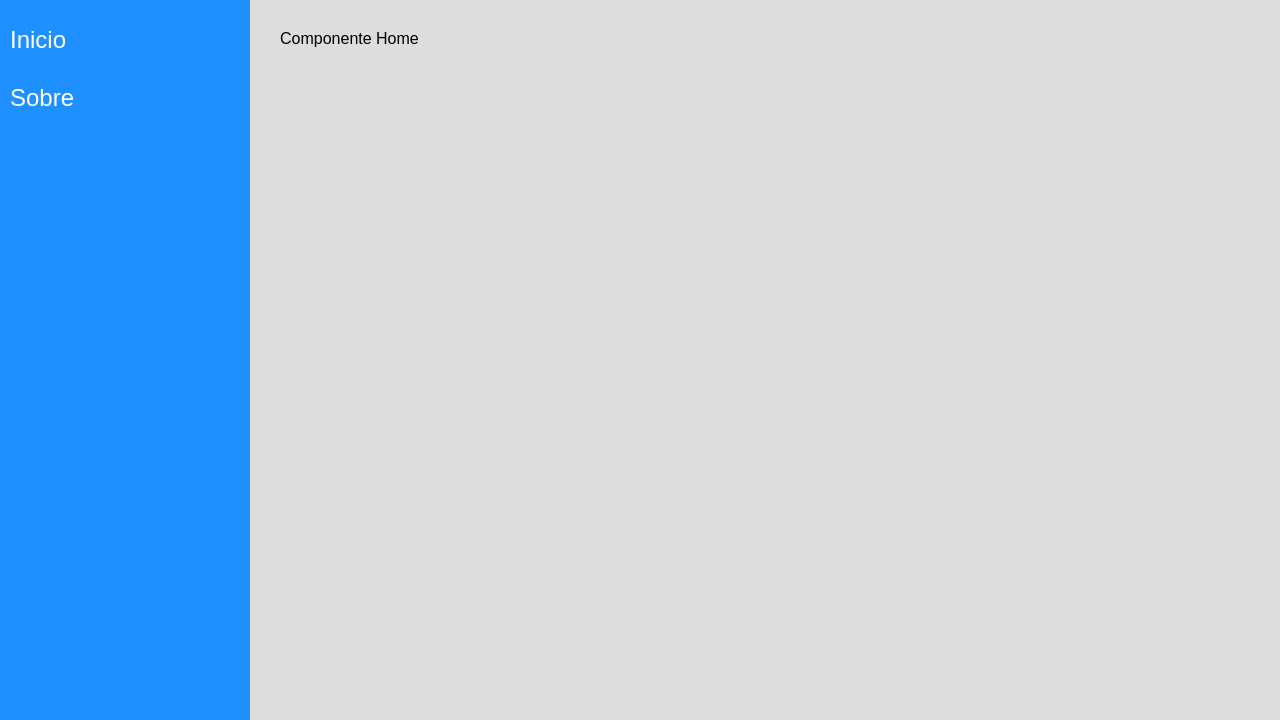
Repository: mateus-henrique-silva/estudos-react
Page: /
An editor plug-in stored every save of this project. The page is shown before and after a run of saves, followed by the edit.
The browser window is 1280 px wide. The pictures show the whole page.
The project was rebuilt for these pictures with package versions that can differ from the ones it lists, and the page was loaded fresh each time. A package was used in the major version that the imports need, not the one package.json lists. Also part of the build but not shown: src/Views/About.jsx.

Above is the page before, as saved 2022-07-11 17:23:35.

### public/index.html
<!DOCTYPE html>
<html lang="en">
  <head>
    <meta charset="utf-8" />
    <link rel="icon" href="%PUBLIC_URL%/favicon.ico" />
    <meta name="viewport" content="width=device-width, initial-scale=1" />
    <title>React App</title>
  </head>
  <body>
    <noscript>You need to enable JavaScript to run this app.</noscript>
    <div id="root"></div>

  </body>
</html>

### src/index.js
import React from 'react';
import ReactDOM from 'react-dom/client';
import App from './Views/App';
import reportWebVitals from './reportWebVitals';
import "./index.css"

const root = ReactDOM.createRoot(document.getElementById('root'));
root.render(
  <React.StrictMode>
    <App />
  </React.StrictMode>
);

// If you want to start measuring performance in your app, pass a function
// to log results (for example: reportWebVitals(console.log))
// or send to an analytics endpoint. Learn more: https://bit.ly/CRA-vitals
reportWebVitals();

### src/Views/App.jsx
import React from "react";
import Content from "../Components/Content/Content";
import Menu from "../Components/Menu/Menu";

import "../Views/App.css";
import { BrowserRouter as Router } from "react-router-dom";

function App() {
  return (
    <div className="App">
      <Router>
        <Menu />
        <Content />
      </Router>
    </div>
  );
}

export default App;

### src/index.css
*{
    font-family:sans-serif;
}

body{
    margin:0;

}

### src/Components/Content/Content.jsx
import React from "react";
import "./Content.css";
import { Switch,  Route } from "react-router-dom";
import About from "../../Views/About";
import Home from "../../Views/Home";
const Content = (props) => (
  <main className="content">
    <Switch>
      <Route path="/about">
        <About />
      </Route>
      <Route path="/">
        <Home />
      </Route>
    </Switch>
  </main>
);
export default Content;

### src/Components/Menu/Menu.jsx
import React from "react";
import "./Menu.css";
import {Link} from "react-router-dom"

const Menu = (props) => (
  <aside className="Menu">
    <nav>
      <ul>
       <li>
       <Link to="/">Inicio</Link>
        </li>

        <li>
        <Link to="/about">Sobre</Link>
        </li>
      </ul>
    </nav>
  </aside>
);

export default Menu;

### src/Views/App.css
.App{
    display:flex;
    height: 100vh;
}

### src/Components/Content/Content.css
.content{
    display:flex;
    flex-grow: 1;
    background-color: #ddd;
    padding:30px;
}

### src/Views/Home.jsx
import React from 'react'
// import "./Menu.css"

const Home = props => (
    <aside className="Home">
        Componente Home
    </aside>
)



export default Home

### src/Components/Menu/Menu.css
.Menu{
    display:flex;
    flex-basis: 250px;
    background-color:#1e90ff;



}

.Menu ul{
    list-style:none;
    padding:0;
}

.Menu li{
    display:flex;

}

.Menu nav{
    flex-grow:1;

}

.Menu li a{
    flex:1;
    margin-bottom: 10px;
    text-decoration: none;
    color: white;
    font-size:1.5rem;
    padding:10px;
}


.Menu li a:hover{
 background: #00000020;
}

Loaded but not shown: src/reportWebVitals.js (common file)

After the next 6 saves:
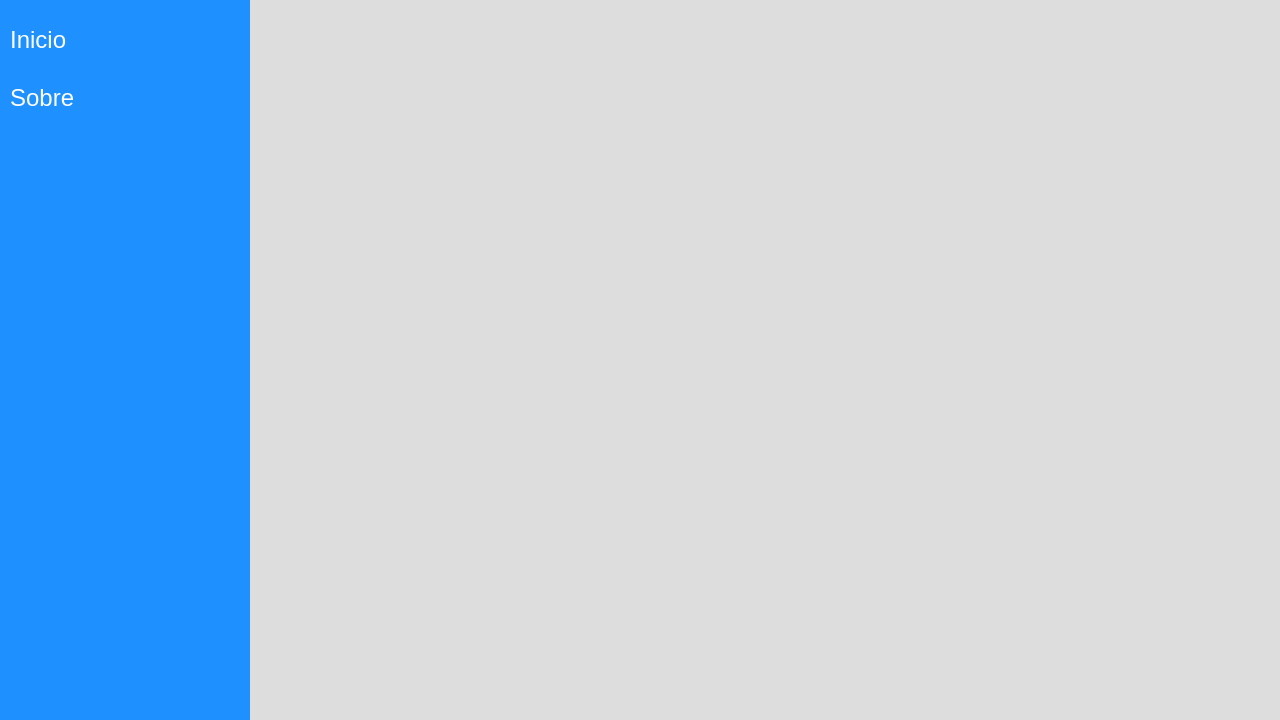
The 6 saves are shown as one change because 3 did not build or start and some came seconds apart.
The last was saved 3 min 40 s later.
--- a/src/Components/Content/Content.jsx
+++ b/src/Components/Content/Content.jsx
@@ -1,18 +1,18 @@
 import React from "react";
 import "./Content.css";
-import { Switch,  Route } from "react-router-dom";
+import {Routes,  Route } from "react-router-dom";
 import About from "../../Views/About";
 import Home from "../../Views/Home";
 const Content = (props) => (
   <main className="content">
-    <Switch>
+    {/* <Routes>
       <Route path="/about">
         <About />
       </Route>
       <Route path="/">
         <Home />
       </Route>
-    </Switch>
+    </Routes> */}
   </main>
 );
 export default Content;
